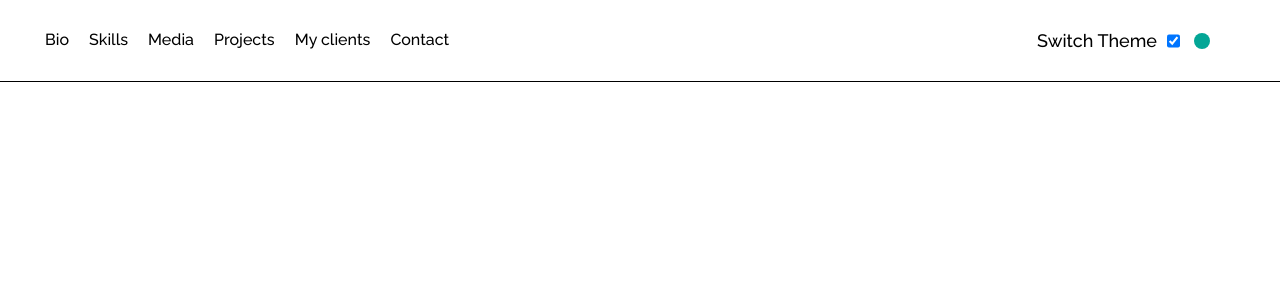
Repository: moataz305G/Personal-website
Page: index.html
An editor plug-in stored every save of this project. The page is shown before and after the next save, followed by the edit.
The browser window is 1280 px wide. The pictures show the whole page.
The first `.toggle__checkbox` is checked.

Above is the page before, as saved 2025-12-11 14:30:56.

### index.html
<!DOCTYPE html>
<html lang="en">
  <head>
    <meta charset="UTF-8" />

    <meta name="viewport" content="width=device-width, initial-scale=1.0" />
    <link rel="preconnect" href="https://fonts.googleapis.com" />
    <link rel="preconnect" href="https://fonts.gstatic.com" crossorigin />
    <link
      href="https://fonts.googleapis.com/css2?family=Raleway:ital,wght@0,100..900;1,100..900&display=swap"
      rel="stylesheet"
    />

    <link rel="stylesheet" href="Style.css" />
    <title class="title">Moataz khimes</title>
  </head>
  <body>
    <div class="container">
      <header class="header">
        <nav class="navigation">
          <ul class="navigation__list">
            <li><a href="#" class="navigation__link">Bio</a></li>
            <li><a href="#" class="navigation__link">Skills</a></li>
            <li><a href="#" class="navigation__link">Media</a></li>
            <li><a href="#" class="navigation__link">Projects</a></li>
            <li><a href="#" class="navigation__link">My clients</a></li>
            <li><a href="#" class="navigation__link">Contact</a></li>
          </ul>
        </nav>

        <div class="toggle">
          <h3 class="toggle__title">Switch Theme</h3>
          <input
            type="checkbox"
            name="toggle checkbox"
            id="toggle"
            class="toggle__checkbox"
          />
          <label for="toggle" class="toggle__label"></label>
        </div>
      </header>
    </div>
  </body>
</html>

### Style.css
:root {
  --container-width: 119rem;
  --guter: 6rem;

  --color-black: #000;
  --color-white: #fff;
  --color-blue: #2374e1;
  --color-lite-blue: #1d9bf0;
  --color-dark-blue: #0a66c2;
  --color-darker-blue: #143ce8;
  --color-red: #ff0000;
  --color-green: #03a696;
  --color-gray: #f6f6f6;
  --color-dark-green: #42959b;

  --color-background: var(--color-white);
  --color-text: var(--color-black);
  --color-box-img: var(--color-black);
  --color-link-bg: var(--color-black);
  --color-input-border: var(--color-black);

  --font-family-raleway: "Raleway", sans-serif;
  --font-family-poppins: "Poppins", sans-serif;

  --font-weight-regular: 400;
  --font-weight-medium: 500;
  --font-weight-semi-bold: 600;
  --font-weight-bold: 700;

  --font-size-70: 7rem;
  --font-size-65: 6.5rem;
  --font-size-40: 4rem;
  --font-size-38: 3.8rem;
  --font-size-24: 2.4rem;
  --font-size-22: 2.2rem;
  --font-size-20: 2rem;
  --font-size-18: 1.8rem;
  --font-size-15: 1.5rem;

  --transition-timing: 0.3s;
}
/* CSS Reset */
* {
  margin: 0;
  padding: 0;
}

*,
*::after,
*::before {
  box-sizing: border-box;
}

a {
  color: inherit;
  display: inline-block;
}

button {
  background-color: transparent;
  border: none;
  cursor: pointer;
}

ul,
ol {
  list-style: none;
}
/* END CSS Reset */
html {
  font-size: 62.5%;
  scroll-behavior: smooth;
  scroll-padding-top: 11rem;
}

body {
  font-size: 1.6rem;
  font-family: var(--font-family-raleway);
  background-color: var(--color-background);
  color: var(--color-text);
}

.container {
  max-width: var(--container-width);
  margin: 0 auto;
}
header {
  position: relative;
  padding: 3rem 0;
  display: flex;
  justify-content: center;
  z-index: 0;
}
.header::before {
  content: "";
  position: absolute;
  height: 100%;
  width: 100vw;
  border-bottom: 0.1rem solid var(--color-black);
  top: 0;
  z-index: -1;
}

.navigation__list {
  display: flex;
  gap: 2rem;
}
.navigation__link:link,
.navigation__link:visited {
  text-decoration: none;
  font-weight: var(--font-weight-medium);
}
.navigation__link:hover,
.navigation__link:active {
  text-decoration: underline;
  color: var(--color-text);
}

/* Toggle */
.toggle {
  display: flex;
  gap: 1rem;
  margin-left: auto;
}
.toggle__title {
  font-weight: var(--font-weight-medium);
  font-size: var(--font-size-18);
}

/* .toggle__checkbox {
  display: none;
} */

.toggle__label {
  display: block;
  position: relative;
  background-color: var(--color-black);
  border-radius: 1.5rem;
  width: 4.5rem;
  height: 2.2rem;
  cursor: pointer;
  padding: 0.3rem 0.4rem;
  transition: 0.3s;
}

.toggle__label::after {
  content: "";
  display: block;
  width: 1.6rem;
  height: 1.6rem;
  border-radius: 50%;
  background-color: var(--color-white);
  transition: 0.3s;
}

.toggle__checkbox:checked + .toggle__label {
  background-color: var(--color-white);
}
.toggle__checkbox:checked + .toggle__label::after {
  /* transform: translateX(2.1rem); */
  background-color: var(--color-green);
}

/* End Toggle */

After the next save:
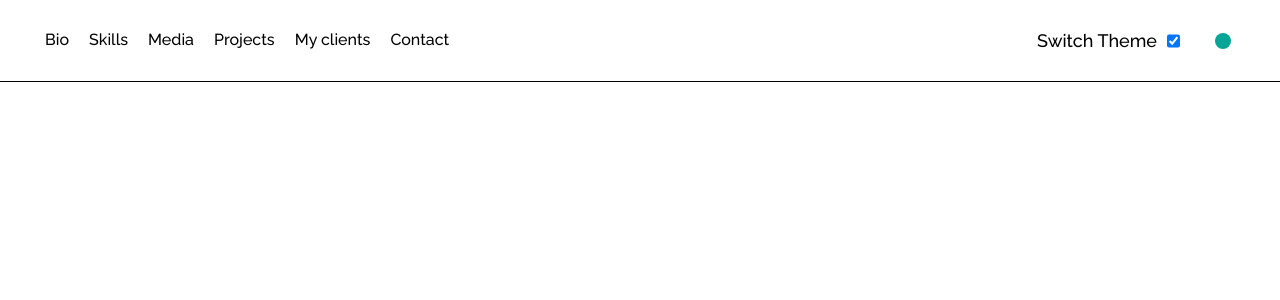
Saved 13 s later.
--- a/Style.css
+++ b/Style.css
@@ -157,7 +157,7 @@ header {
   background-color: var(--color-white);
 }
 .toggle__checkbox:checked + .toggle__label::after {
-  /* transform: translateX(2.1rem); */
+  transform: translateX(2.1rem);
   background-color: var(--color-green);
 }
 
